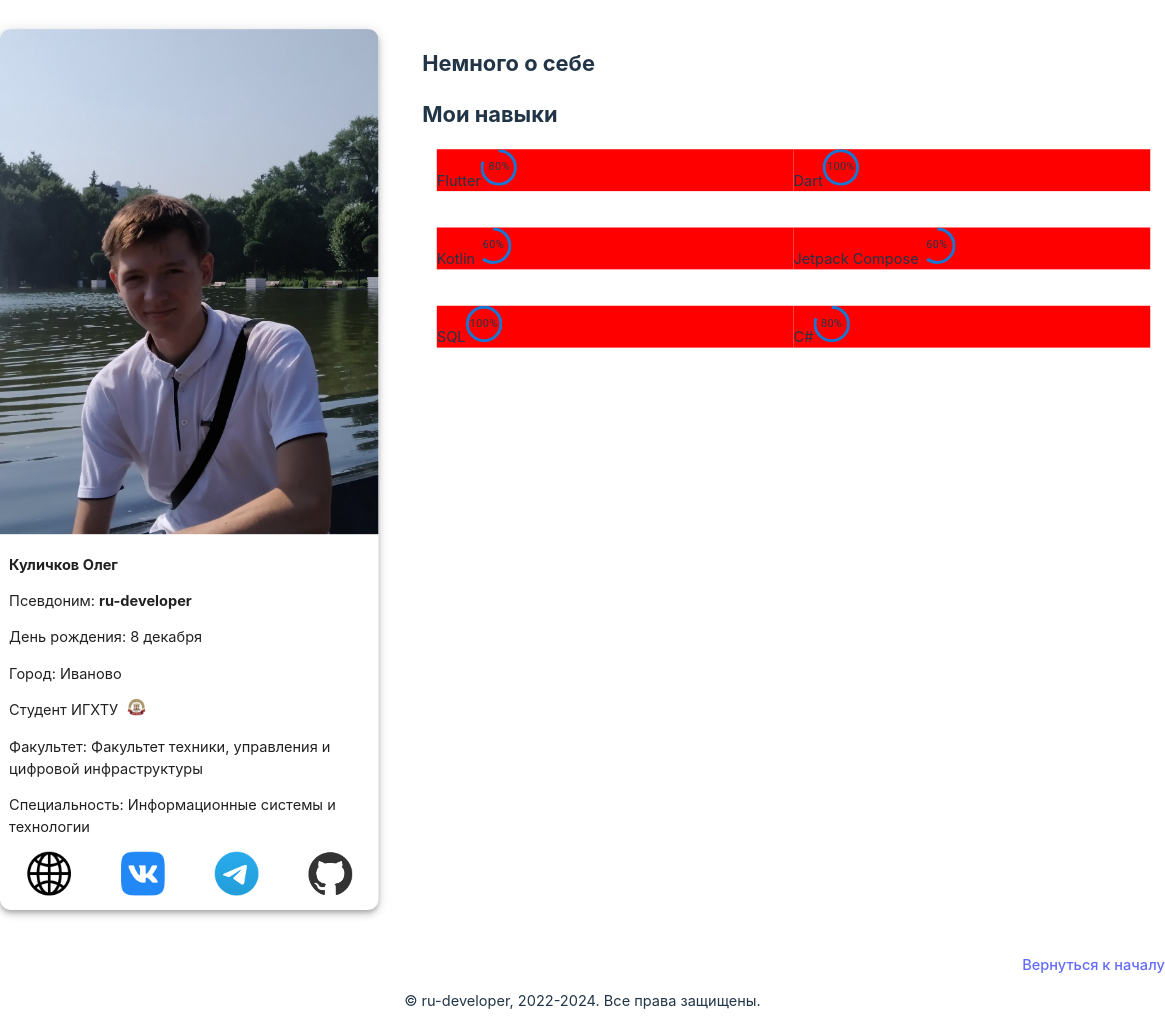
Repository: HubOl01/my_profile
Page: /
The author's editor kept a copy of each file at every save. The page is drawn from the files as they stood at one save, then again after a run of saves.
The browser window is 1280 px wide. The pictures show the whole page, at 91% of full size.
The project was rebuilt for these pictures with package versions that can differ from the ones it lists, and the page was loaded fresh each time. Also part of the build but not shown: vite.config.ts, src/components/header/Header.module.scss, src/data/websites.ts.

Above is the page before, as saved 2024-03-09 10:46:43.

### src/App.tsx
import { Grid } from '@mui/material'
import './App.css'
import Common from './components/center/Common'
import Footer from './components/footer/Footer'
import Header from './components/header/Header'
import LeftBar from './components/left/LeftBar'
import style from './App.module.scss'

function App() {

  return (
    <>
      <Header />
      <Grid container spacing={2}>
        <Grid className={style.profile} item xs={4}>
          <LeftBar />
        </Grid>
        <Grid item xs>
          <Common />
        </Grid>
      </Grid>
      <Footer />
    </>
  )
}

export default App

### src/App.css
#root {
  max-width: 1280px;
  margin: 0 auto;
  /* padding: 2rem; */
  /* text-align: center; */
}
.logo:hover {
  filter: drop-shadow(0 0 2em #646cffaa);
}
.logo.react:hover {
  filter: drop-shadow(0 0 2em #61dafbaa);
}

@keyframes logo-spin {
  from {
    transform: rotate(0deg);
  }
  to {
    transform: rotate(360deg);
  }
}

@media (prefers-reduced-motion: no-preference) {
  a:nth-of-type(2) .logo {
    animation: logo-spin infinite 20s linear;
  }
}

/* .card {
  padding: 2em;
} */

.read-the-docs {
  color: #888;
}


/* .profile{
  min-width: 100%;
} */

### src/components/center/Common.tsx
import React from 'react'
import styles from './styles.module.scss'
import { Box, Grid } from '@mui/material'
import { CircularProgressWithLabel } from '../atoms/circularProgressWithLabel'
import { my_skills } from '../../data/my_skills'

export default function Common() {
  return (
    <div className={styles.center_common}>
      <h2>Немного о себе</h2>
      <p>

      </p>
      <h2>
        Мои навыки
      </h2>
      <Grid container margin={2} rowGap={5}>
        {
          my_skills.map((skill) =>
            <Grid xs={6}>
              <Box sx={{
               width: "100%",
               background: "red"
              }}>
                  {skill.name}

                <CircularProgressWithLabel value={skill.progress * 100} />


              </Box>
            </Grid>
          )
        }
        {/*
        <Grid xs={6} ><CircularProgressWithLabel value={my_skills[0].progress}/></Grid> */}
        {/* <Grid xs={6} ><CircularProgressWithLabel value={}/><</Grid>
        <Grid xs={6} ><CircularProgressWithLabel value={}/><</Grid>
        <Grid xs={6} ><CircularProgressWithLabel value={}/><</Grid>
        <Grid xs={6} ><CircularProgressWithLabel value={}/><</Grid>
        <Grid xs={6} ><CircularProgressWithLabel value={}/><</Grid> */}
      </Grid>
      {/* <h2>Хобби</h2>
      <p>
        Я люблю изучать что-то новое. Я программирую на языке программирования
        C# и продолжаю осваивать язык в некоторых направлениях. (Например:
        создание мобильных приложений Xamarin и создание игр Unity)
      </p>
      <h2>Спорт</h2>
      <p>
        Я более 10 лет занимаюсь конькобежным спортом. В 16 лет выполнил
        спортивный разряд кандидат в мастера спорта. Кроме этого, с начала 1
        курса я начал заниматься легкой атлетикой. Принимаю участие в
        соревнованиях в составе сборной ИГХТУ.
      </p> */}
    </div>
  )
}

### src/components/footer/Footer.tsx
import React from 'react'

export default function Footer() {
  return (
    // <footer className="text-muted" style={{
    //   "width":"100%"
    // }}>
      <div className="container">
        <p className="float-right" style={{
      "textAlign": "right"
    }}>
          <a href="#">Вернуться к началу</a>
        </p>
        <p className="footer-text"
        style={{
          "textAlign": "center"
        }}
        >© ru-developer, 2022-{(new Date()).getFullYear()}. Все права защищены.</p>
      </div>
    // </footer>
  )
}

### src/components/header/Header.tsx
import './Header.module.scss'

export default function Header() {
  return (
      <div>
        {/* <h1>About myself</h1> */}
      </div>
  )
}

### src/components/left/LeftBar.tsx
import { Card, Grid } from '@mui/material';
import about from '../../assets/images/About.jpg';
import isuct from '../../assets/images/isuct.png';
import { websites } from '../../data/websites';
import { nickname } from '../../data/my_projects';
import style from './style.module.scss';

const list_web = websites.map((web) =>
  <Grid item xs>
    <div className="web">
      <a
        href={web.href}
        title={web.title}
      >
        <img
          className={style.img_icon}
          alt={web.alt}
          src={web.src}
          width={40}
        />
      </a>
    </div>
  </Grid>
)


const LeftBar = () => {
  return (
    <>
      <Card elevation={5}
      className={style.leftCard}
        sx={{
          borderRadius: 3,
        }} >
        <a title="Куличков Олег" href="https://vk.com/oleg01f">
          <img
            alt="about"
            src={about}
            style={{
              // borderRadius: '15px',
              display: 'flex',
              width: "100%",
            }}
            data-holder-rendered="true"
          />
        </a>
        <div style={{ padding: "5px 10px 10px 10px" }}> {/* top, right, bottom, left */}
          <div>
            <p>
              <b>Куличков Олег</b>
            </p>
            <p>
              Псевдоним: <b>{nickname}</b>
            </p>
            <p>
              <span >День рождения:</span> 8 декабря
            </p>
            <p>
              <span className="text-format">Город:</span> Иваново
            </p>
            <p>
              Студент ИГХТУ
              <img
                className="isuct"
                alt="ISUCT"
                src={isuct}
                width={20}
                style={{ "marginLeft": "10px" }}
              // data-holder-rendered="true"
              />
            </p>
            <p>
              <span className="text-format">Факультет:</span> Факультет техники,
              управления и цифровой инфраструктуры
            </p>
            <p>
              <span className="text-format">Специальность:</span> Информационные
              системы и технологии
            </p>
            {/* <p style={{
              "textAlign": "center",
              "justifyContent": "center",
              display: 'flex',
              width: "100%",

          }}>
            <span className="text-format">Социальные сети</span>
          </p> */}

            <Grid container spacing={2}

              sx={{
                'textAlign': "center",
                // display: 'flex',
                // width: "100%",
              }
              }>
              {list_web}
            </Grid>

          </div>
        </div>


      </Card>
    </>
  )
}

export default LeftBar

### src/App.module.scss
@media (max-width: 425px) {
    .profile{
      min-width: 100%;
    }
  }
  @media screen and (min-width: 426px) {
    .profile{
      min-width: 300px;
    }
  }

### src/components/center/styles.module.scss
.center_common{
    padding: 2rem;
}

### src/components/atoms/circularProgressWithLabel.tsx
import * as React from 'react';
import CircularProgress, {
  CircularProgressProps,
} from '@mui/material/CircularProgress';
import Typography from '@mui/material/Typography';
import Box from '@mui/material/Box';

export function CircularProgressWithLabel(
  props: CircularProgressProps & { value: number },
) {
  return (
    <Box sx={{ position: 'relative', display: 'inline-flex' }}>
      <CircularProgress variant="determinate" {...props} />
      <Box
        sx={{
          top: 0,
          left: 0,
          bottom: 0,
          right: 0,
          position: 'absolute',
          display: 'flex',
          alignItems: 'center',
          justifyContent: 'center',
        }}
      >
        <Typography
          variant="caption"
          component="div"
          // color="text.secondary"
        >{`${Math.round(props.value)}%`}</Typography>
      </Box>
    </Box>
  );
}

export default function CircularWithValueLabel() {
  const [progress, setProgress] = React.useState(10);

  React.useEffect(() => {
    const timer = setInterval(() => {
      setProgress((prevProgress) => (prevProgress >= 100 ? 0 : prevProgress + 10));
    }, 800);
    return () => {
      clearInterval(timer);
    };
  }, []);

  return <CircularProgressWithLabel value={progress} />;
}

### src/data/my_skills.ts
import { FullStack } from "./my_projects";

interface ISkill{
    name: string;
    progress: number;
}

export const my_skills: ISkill[] = [
    {
        name: FullStack.Flutter,
        progress: .80
    },
    {
        name: FullStack.Dart,
        progress: 1
    },
    {
        name: FullStack.Kotlin,
        progress: .6
    },
    {
        name: FullStack.Jetpack_Compose,
        progress: .6
    },
    {
        name: FullStack.SQL,
        progress: 1
    },
    {
        name: FullStack.C_sharp,
        progress: .8
    }
]

### src/data/my_projects.ts
export interface IProjects {
  title: string;
  description: string[];
  url_icon: string;
  url_images: string[];
  url_stores: string[];
  url_sources: string[];
  creator: string;
  fullStack: string[];
  platforms: string[];
  color: string;
}
export const nickname = "ru-developer";
export enum Platforms {
  Android = "Android",
  IOS = "IOS",
  Windows = "Windows",
  Linux = "Linux",
  Web = "Web",
}
// enum Colors {
//   Red = "",
//   White = "",
//   Black = "",
//   Green = "",
// }
export enum FullStack {
  Flutter = "Flutter",
  Dart = "Dart",
  Kotlin = "Kotlin",
  Jetpack_Compose = "Jetpack Compose",
  Winforms = "Winforms",
  C_sharp = "C#",
  React = "React",
  Typescript = "Typescript",
  Retrofit = "Retrofit",
  PHP = "PHP",
  SQLite = "SQLite",
  SQL = "SQL",
  MySQL = "MySQL",
  PostgreSQL = "PostgreSQL",
  Git = "Git",
  HTML = "HTML",
  CSS = "CSS",
  SCSS = "SCSS",
  Vite = "Vite",
}

export const projects: IProjects[] = [
  {
    title: "My Songbook",
    description: [
      "My Songbook – это творческая мастерская в вашем кармане. Независимо от того, являетесь ли вы гитаристом, певцом, композитором или просто энтузиастом музыки, это приложение поможет вам воплотить ваши музыкальные идеи в жизнь.",
      "\n",
      "Основные возможности:",
      "\n",
      "- Записывайте и редактируйте песни: Создавайте музыку в любое время, в любом месте. Записывайте мелодии, добавляйте тексты и настраивайте аранжировки – все это в вашем распоряжении.",
      "- Справочник аккордов для гитары: Независимо от вашего уровня мастерства, наше приложение предлагает обширный справочник аккордов для гитары. Найдите нужный аккорд и создайте свой собственный уникальный звук.",
      "- Автоскролл и легкая навигация: Никогда больше не теряйтесь в тексте. Функция автоскролла позволяет вам сконцентрироваться на музыке, а не на прокрутке текста.",
      "- Делитесь своей музыкой: Поделитесь своими произведениями с миром через социальные сети непосредственно из приложения. Позвольте всем услышать вашу творческую энергию.",
      "- Аудиофайлы с песнями: Сохраняйте свои композиции в виде аудиофайлов. Прослушивайте их в любое время или отправляйте друзьям и коллегам.",
      "\n",
      "Почему выбрать My Songbook?",
      "\n",
      "- Простота и удобство: Даже если вы начинающий музыкант, вы сможете создавать профессиональные композиции с легкостью.",
      "- Безопасное хранение ваших произведений: Ваши записи остаются конфиденциальными. Спокойно работайте над своими идеями, зная, что они в безопасности.",
      "\n",
      "Неважно, вы начинающий музыкант или профессионал, My Songbook поможет вам создать и поделиться музыкой, которая касается сердец. Начните свое музыкальное путешествие сегодня!",
    ],
    url_icon: "",
    url_images: [],
    url_stores: [
      "https://apps.rustore.ru/app/ru.ru_developer.my_songbook",
      "https://appgallery.huawei.com/app/C109087129",
      "https://global.app.mi.com/details?lo=RU&la=en_US&id=ru.ru_developer.my_songbook.mi",
    ],
    url_sources: ["https://github.com/HubOl01/my_songbook"],
    creator: nickname,
    fullStack: [FullStack.Flutter, FullStack.Dart],
    platforms: [Platforms.Android],
    color: "",
  },
  {
    title: "Мой универ - ИГХТУ",
    description: [
      '"Мой универ - ИГХТУ" - это мобильное приложение, специально разработанное для студентов Ивановского государственного химико-технологического университета. Вы теперь сможете посмотреть расписание пар даже без интернета! Также можно получать уведомления об информации пар каждый день. В приложении также доступны заметки и вы можете записывать лекции, делать пометки, прикреплять ссылки и также делиться ими.',
      "\n",
      "Основные функции приложения:",
      "\n",
      "- Календарь с расписанием пар на текущий день",
      "- Расписание лекций, практик и семинаров",
      "- Новости ВУЗа",
      "- Вход в moodle ИГХТУ",
      "- Расписание преподавателей, сессий",
      "- Поисковик",
      "- Заметки, конспекты",
      "- Уведомления об информации пар на каждый день",
      "\n",
      "Также приложение адаптировано под планшеты      ",
    ],
    url_icon: "",
    url_images: [],
    url_stores: [
      "https://apps.rustore.ru/app/ru.ru_developer.my_university_isuct",
    ],
    url_sources: ["https://github.com/HubOl01/my_university_isuct"],
    creator: nickname,
    fullStack: [FullStack.Flutter, FullStack.Dart, FullStack.PHP],
    platforms: [Platforms.Android],
    color: "",
  },
  {
    title: "MyAppHome",
    description: ["Приложение для многоквартирных домов"],
    url_icon: "",
    url_images: [],
    url_stores: [],
    url_sources: [],
    creator: "Создано вместе с командой OVERLAGO",
    fullStack: [FullStack.Flutter, FullStack.Dart],
    platforms: [Platforms.Android],
    color: "",
  },
  {
    title: "City Adventures",
    description: [],
    url_icon: "",
    url_images: [],
    url_stores: [],
    url_sources: [],
    creator: "Создано с командой на хакатоне",
    fullStack: [FullStack.Flutter, FullStack.Dart],
    platforms: [Platforms.Android],
    color: "",
  },
  {
    title: "Bellisemo",
    description: ["Student project for study architectural technologies"],
    url_icon: "",
    url_images: [],
    url_stores: [],
    url_sources: [],
    creator: "Student project",
    fullStack: [FullStack.React, FullStack.Typescript],
    platforms: [Platforms.Web],
    color: "",
  },
  {
    title: "Weather",
    description: ["Student project for study kotlin jetpack compose"],
    url_icon: "",
    url_images: [],
    url_stores: [],
    url_sources: [],
    creator: nickname,
    fullStack: [
      FullStack.Jetpack_Compose,
      FullStack.Kotlin,
      FullStack.Retrofit,
    ],
    platforms: [Platforms.Android],
    color: "",
  },
  {
    title: "My portfolio",
    description: ["Вебсайт для показа своих проектов, которые мы видим здесь"],
    url_icon: "",
    url_images: [],
    url_stores: [],
    url_sources: [],
    creator: nickname,
    fullStack: [FullStack.React, FullStack.Typescript],
    platforms: [Platforms.Web],
    color: "",
  },
];

### src/components/left/style.module.scss
@media (max-width: 699px) {
    .img_icon {
        width: 2em;
        // height: 50%;
    }
}
@media screen and (min-width: 700px) {
    .img_icon {
        width: 3em;
        // height: 50%;
    }
}
// @media screen and (max-width: 768px) {
//     .img_icon {
//         width: 50px;
//         height: 50px;
//     }
// }
div {
    display: "flex";
}
.leftCard {
    margin: 2em 0;
}
/* // .custom-card{

// } */

Loaded but not shown: index.html (common file); src/main.tsx (common file); src/index.css (common file)

After the next 2 saves:
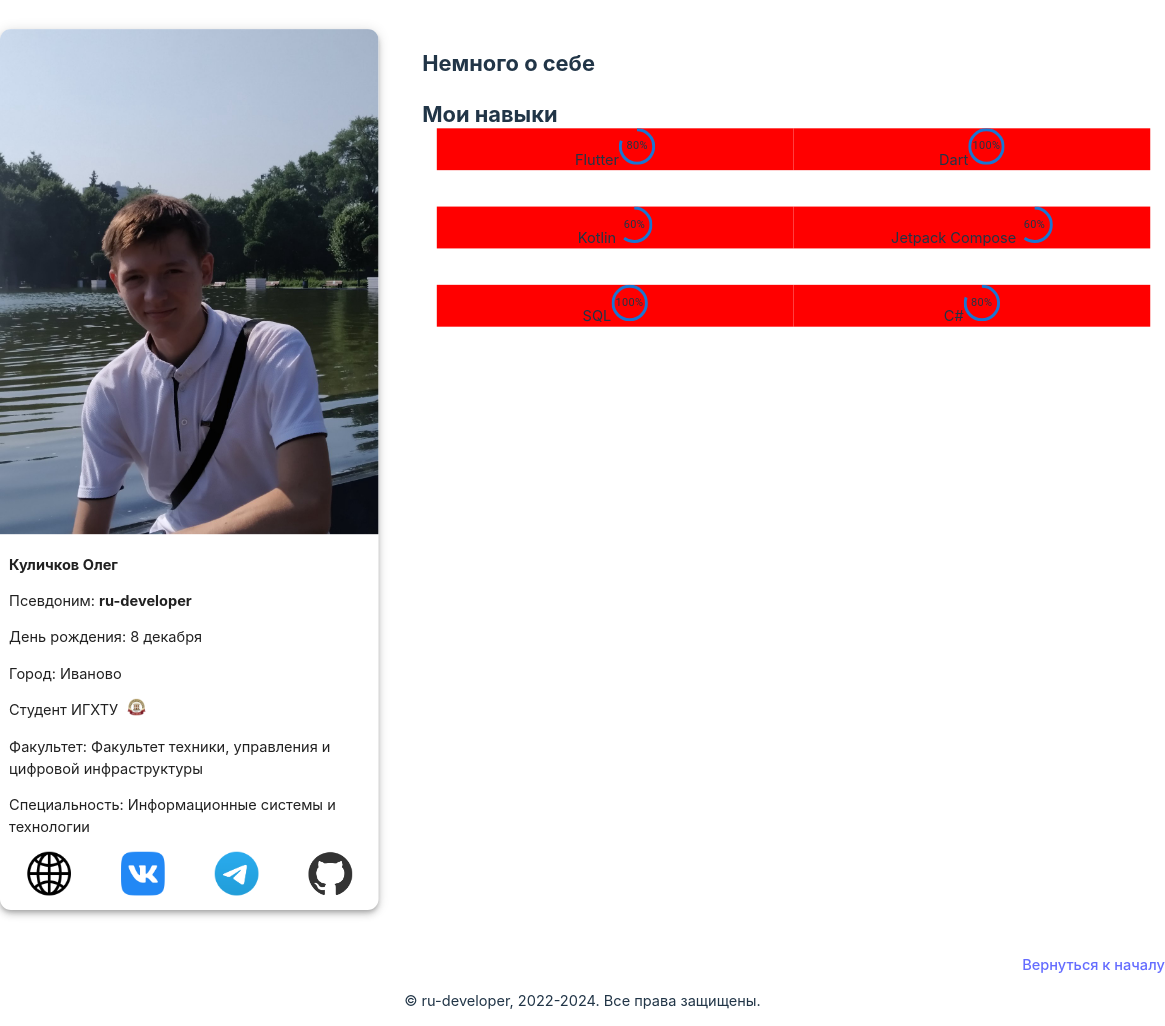
The 2 saves are shown as one change because they came seconds apart.
The last was saved 9 s later.
--- a/src/components/center/Common.tsx
+++ b/src/components/center/Common.tsx
@@ -21,7 +21,16 @@ export default function Common() {
               <Box sx={{
                width: "100%",
                background: "red"
-              }}>
+              }}
+                style={{
+                    display: "inline-block",
+                    // position: "relative",
+                    // top: "50%",
+                    // "textAlign": "left",
+                    "textAlign": "center",
+                    transform: "translateY(-50%)",
+                  }}
+              >
                   {skill.name}
 
                 <CircularProgressWithLabel value={skill.progress * 100} />
